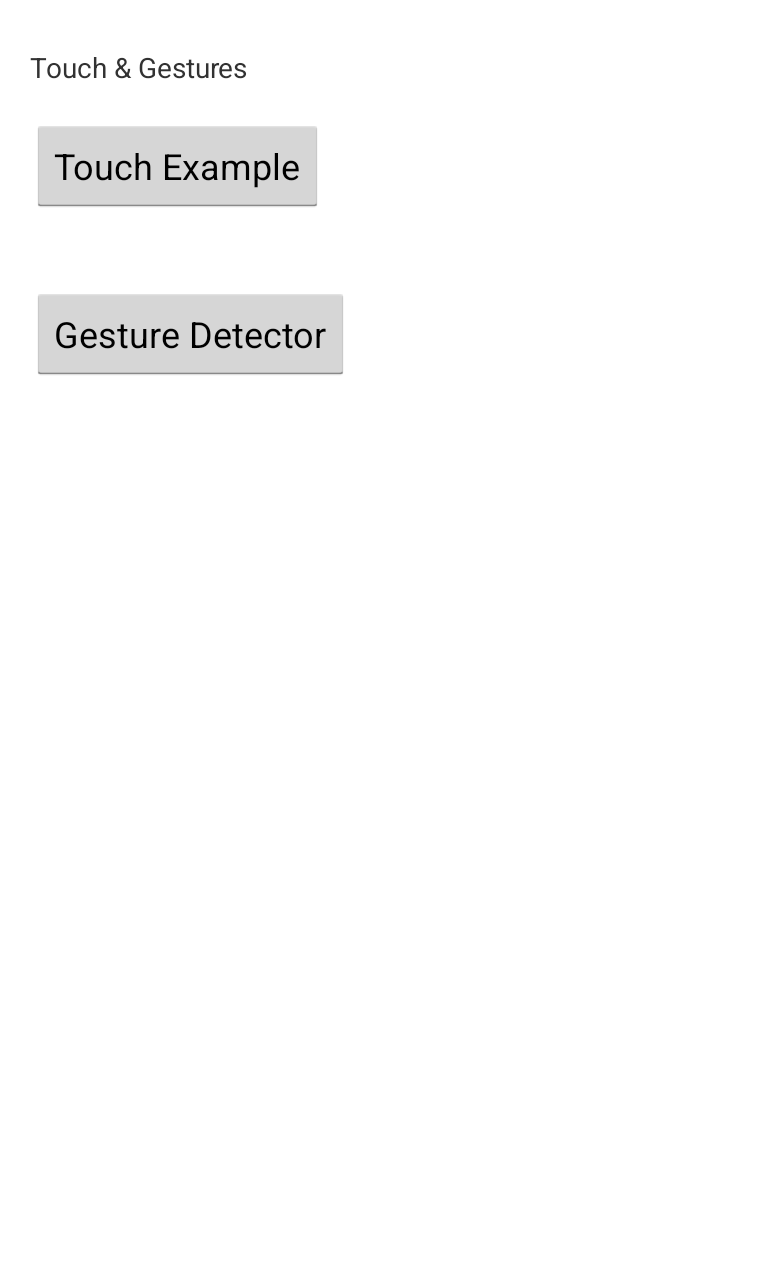
Repository: Amir13/Android_Basic_Steps
Layout: ViewElements5/res/layout/touch_gestures.xml
The author's editor kept a copy of each file at every save. The layout is drawn from the files as they stood at one save, then again after the next save.
It is drawn on a 768 x 1280 px phone screen (xhdpi) without system bars, with theme AppTheme; the app's code is not run.

Above is the layout before, as saved 2014-06-14 18:05:34.

After the next save:
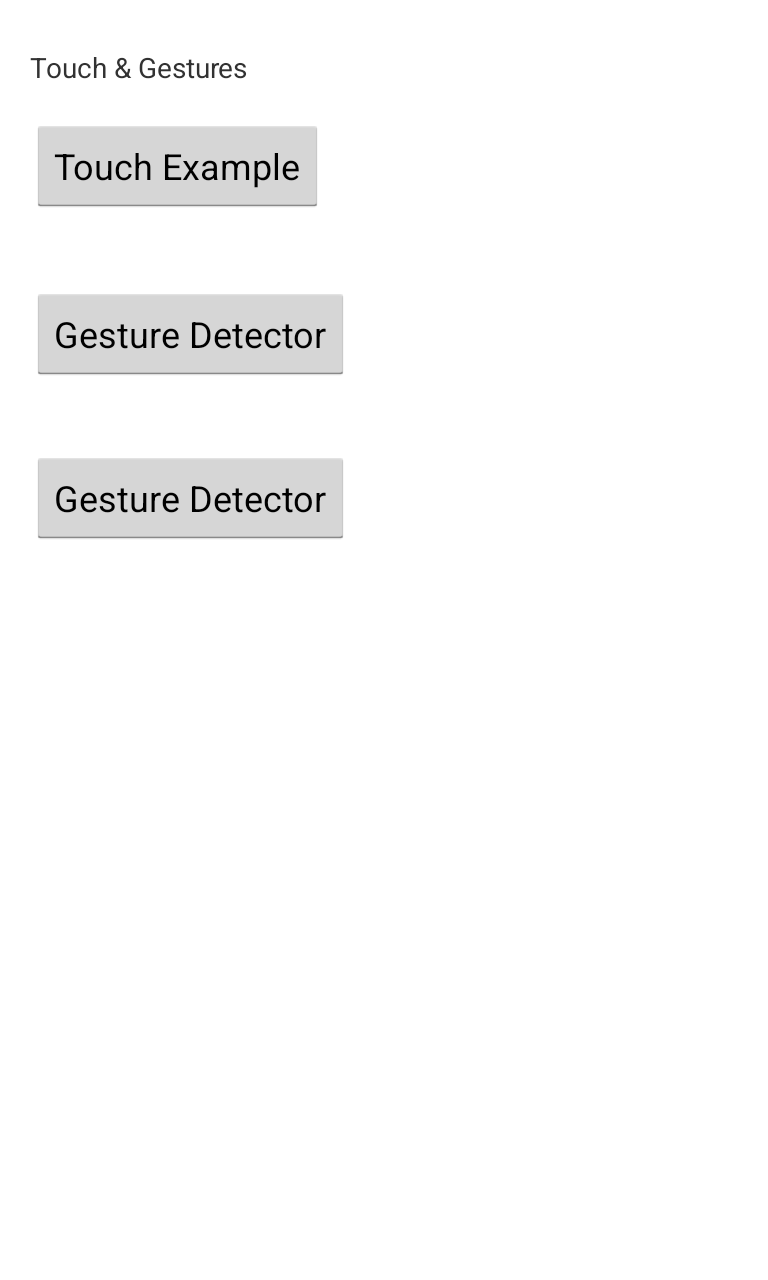
Saved 2 h 15 min later.
--- a/ViewElements5/res/layout/touch_gestures.xml
+++ b/ViewElements5/res/layout/touch_gestures.xml
@@ -32,4 +32,13 @@
         android:layout_marginTop="36dp"
         android:text="Gesture Detector" />
 
+    <Button
+        android:id="@+id/btnGesture_detector"
+        android:layout_width="wrap_content"
+        android:layout_height="wrap_content"
+        android:layout_alignLeft="@+id/btnGesture"
+        android:layout_below="@+id/btnGesture"
+        android:layout_marginTop="34dp"
+        android:text="Gesture Detector" />
+
 </RelativeLayout>
